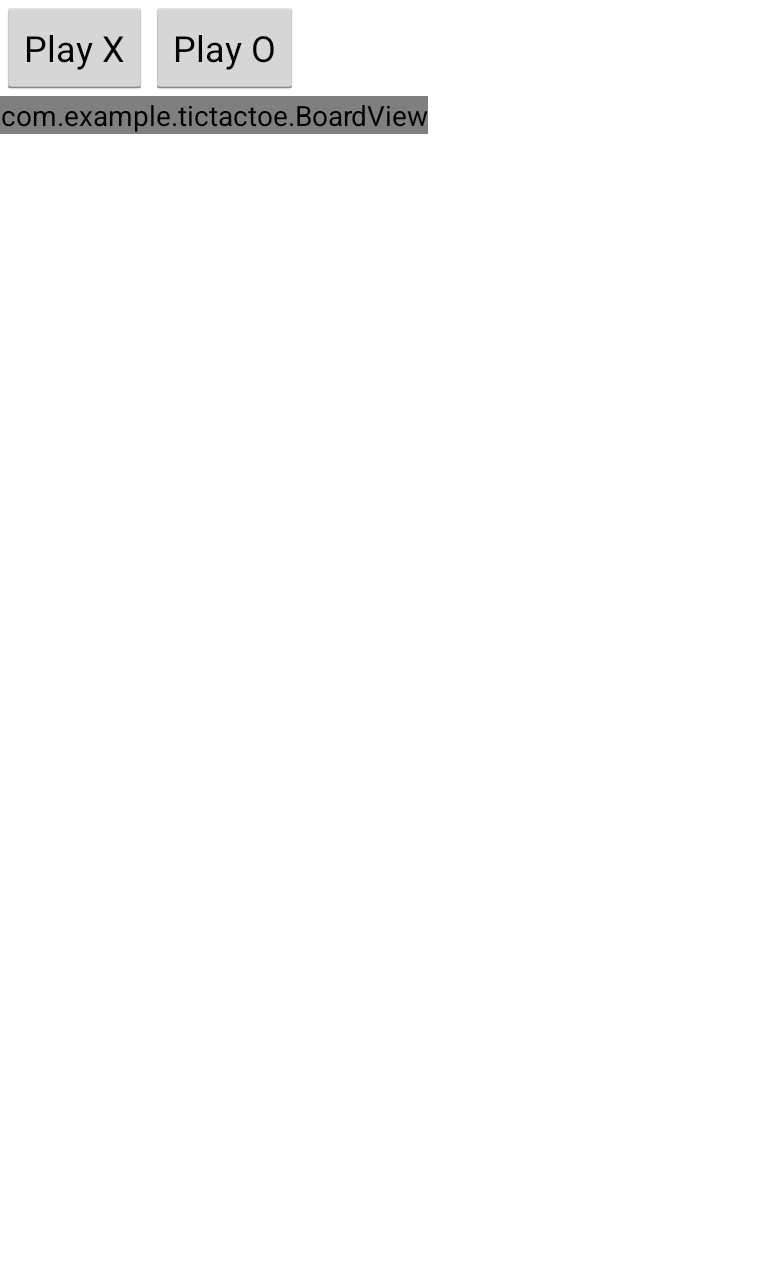
Repository: mpatalberta/networktictactoe
Layout: tictac/res/layout/activity_main.xml
An editor plug-in stored every save of this project. The layout is shown before and after the next save, followed by the edit.
Pictures or frames that could not be fetched are drawn as grey boxes. It is drawn on a 768 x 1280 px phone screen (xhdpi) without system bars, with theme AppTheme; the app's code is not run.

Above is the layout before, as saved 2013-12-26 01:17:24.

After the next save:
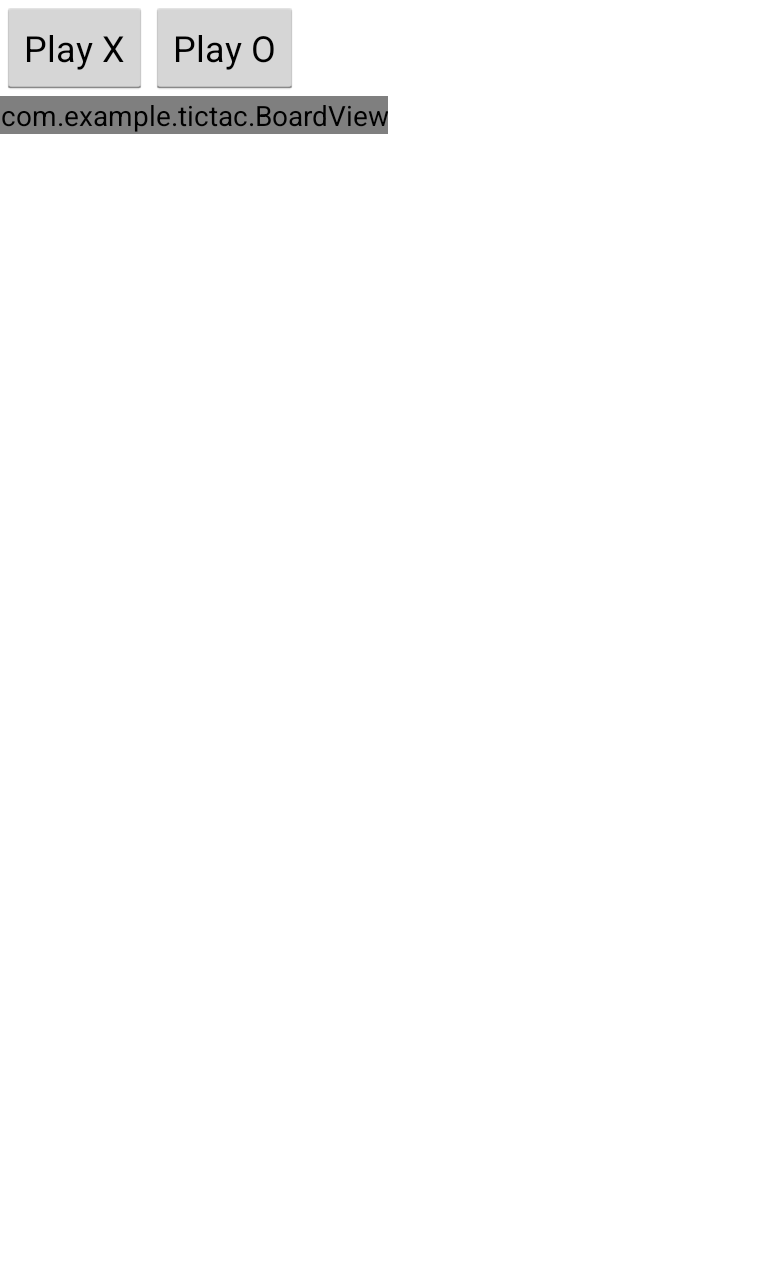
Saved 14 h 52 min later.
--- a/tictac/res/layout/activity_main.xml
+++ b/tictac/res/layout/activity_main.xml
@@ -13,8 +13,8 @@
                 android:layout_width="wrap_content"
                 android:layout_height="wrap_content"></Button>
     </LinearLayout>
-    <com.example.tictactoe.BoardView android:id="@+id/bview"
+    <com.example.tictac.BoardView android:id="@+id/bview"
                 android:layout_width="wrap_content"
                 android:layout_height="wrap_content"
-    ></com.example.tictactoe.BoardView>
+    ></com.example.tictac.tictac.BoardView>
 </LinearLayout>
